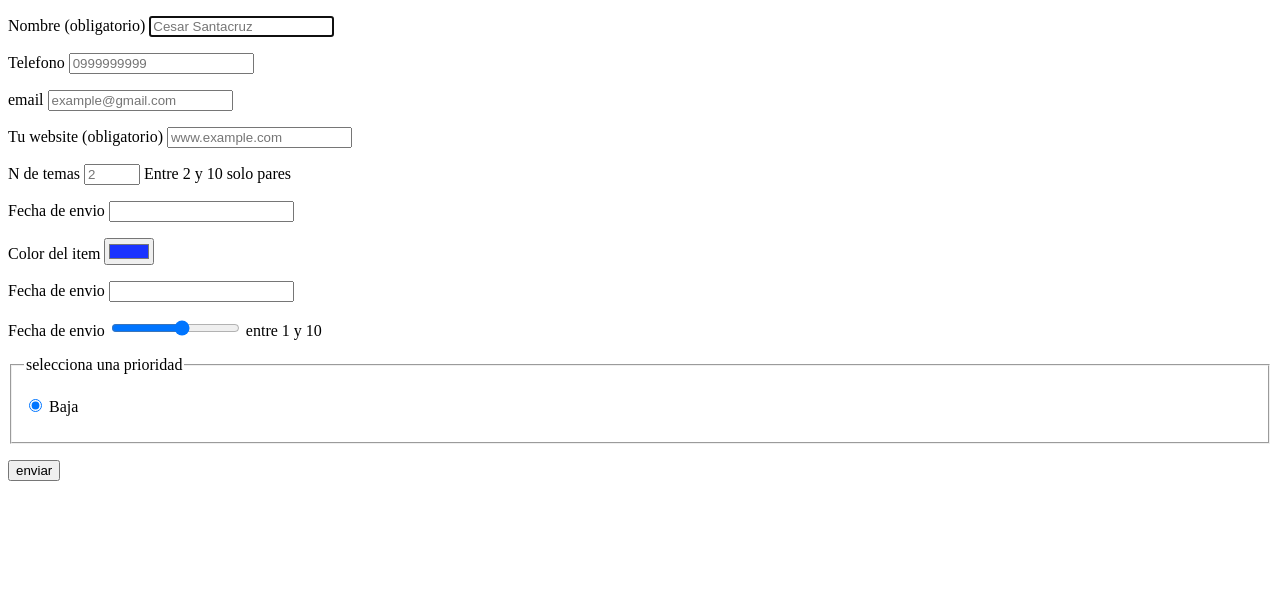
Repository: cesarsant0203/My_Study
Page: Introducción al desarrollo web/formulario.html
These files come from the project's save history. The page is drawn as it stood at one moment and after a run of saves; the edit follows.
The browser window is 1280 px wide. The pictures show the whole page.

Above is the page before, as saved 2020-04-27 19:51:33.

After the next 3 saves:
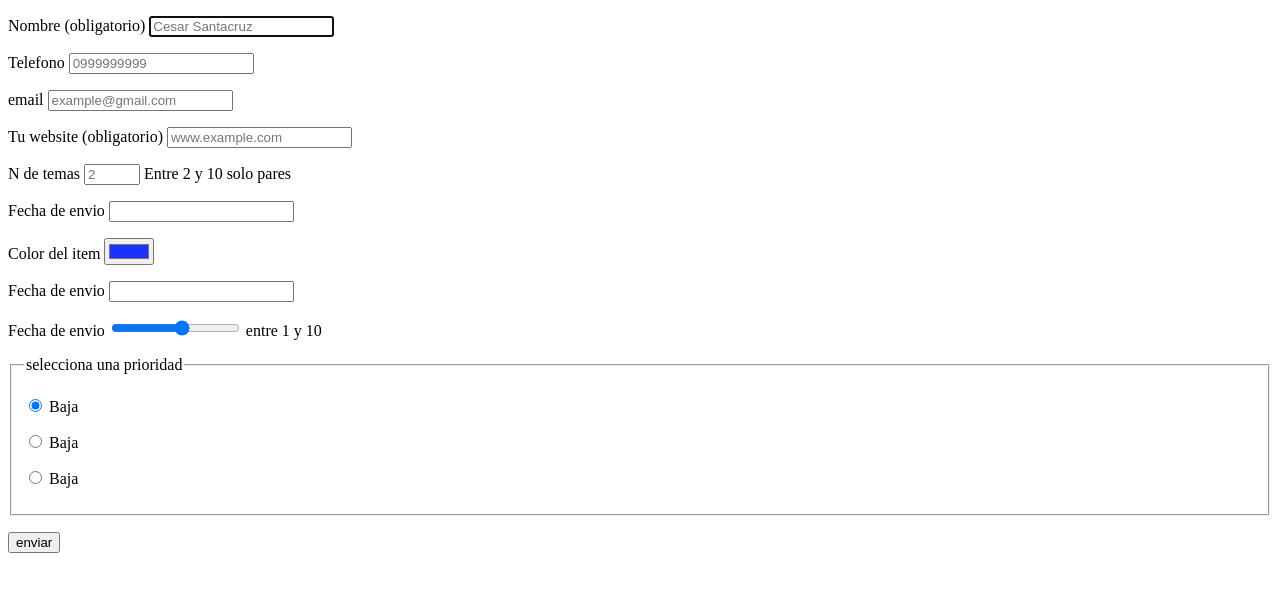
The 3 saves are shown as one change because they came seconds apart.
The last was saved 11 s later.
--- a/Introducción al desarrollo web/formulario.html
+++ b/Introducción al desarrollo web/formulario.html
@@ -70,6 +70,12 @@
                 <p><label>
                     <input type="radio" name="priority" value="baja" checked>
                 Baja</label></p>
+                <p><label>
+                    <input type="radio" name="priority" value="baja" >
+                Baja</label></p>
+                <p><label>
+                    <input type="radio" name="priority" value="baja" >
+                Baja</label></p>
         </fieldset>
         </p>
         <input type="submit" value="enviar">
